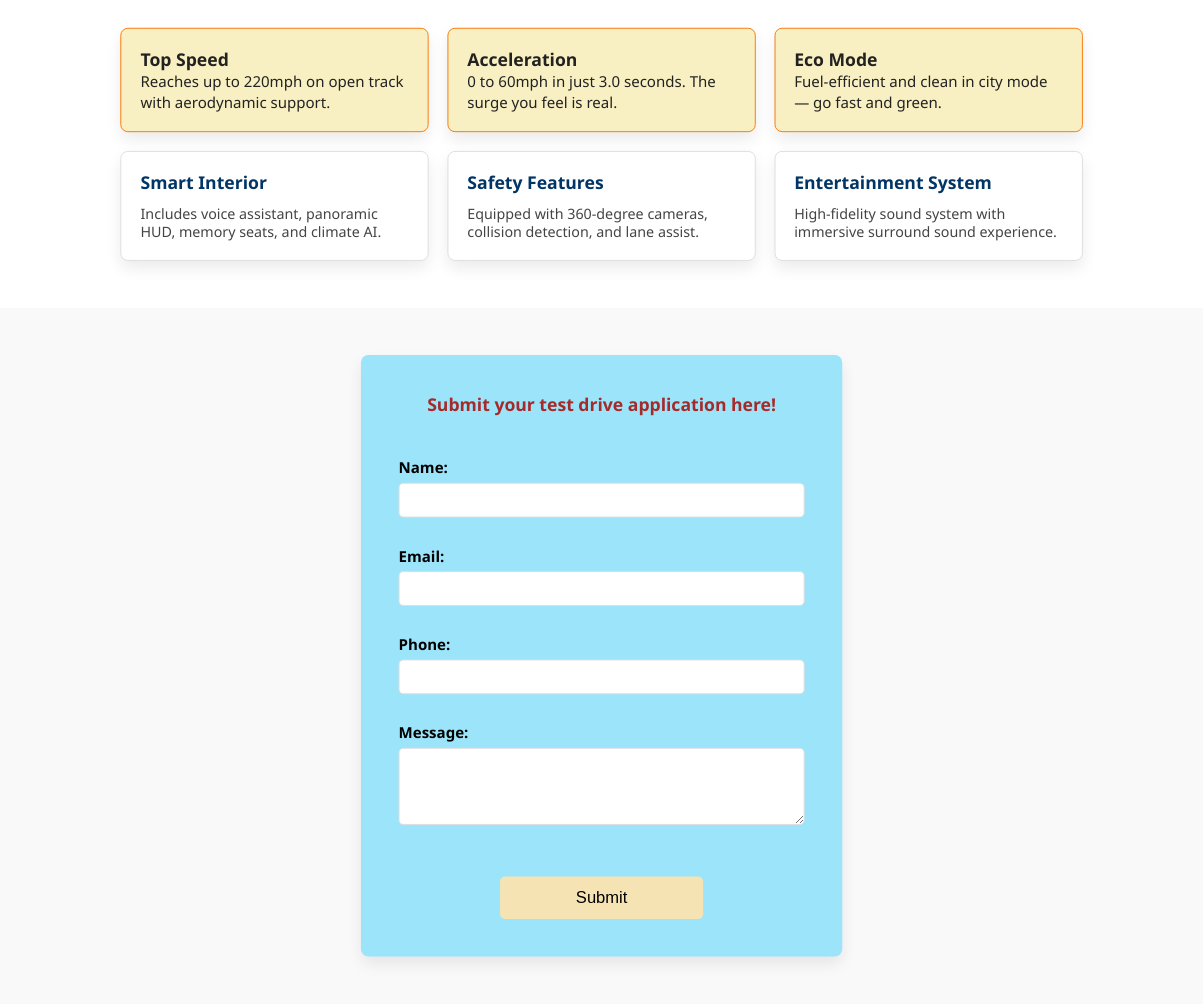
Repository: JiaheSu22/vrooom-responsive-main
Page: index.html
An editor plug-in stored every save of this project. The page is shown before and after a run of saves, followed by the edit.
The browser window is 1280 px wide. The pictures show the part of the page from y = 740 to 1808 px (the page is 1808 px tall), at 94% of full size.
A picture or video elsewhere on the page could not be fetched, so the positions and the page height are approximate.

Above is the page before, as saved 2025-04-11 15:16:26.

### index.html
<!DOCTYPE html>
<html lang="en">

<head>
  <meta charset="UTF-8">
  <title>Vrooom — Barracuda X10</title>
  <style>
    * {
      box-sizing: border-box;
      margin: 0;
      padding: 0;
    }

    body {
      font-family: 'Segoe UI', sans-serif;
      background-color: #f9f9f9;
      color: #222;
    }

    /* HERO SECTION */
    .hero {
      position: relative;
      height: 100vh;
      width: 100%;
      background-image: url('assets/mercedes-vision-avtr.webp');
      background-repeat: no-repeat;
      background-size: cover;
      background-position: center;
      overflow: hidden;
    }

    /* Optional dark overlay for unifying text+video contrast */
    .hero::before {
      content: "";
      position: absolute;
      inset: 0;
      background: linear-gradient(to right, rgba(0, 0, 0, 0.7), rgba(0, 0, 0, 0.1));
      z-index: 0;
    }

    /* Logo - slightly rotated, floating */
    .hero-logo {
      position: absolute;
      left: 2px;
      width: 30%;
      transform: rotate(-8deg);
      z-index: 0;
    }

    .hero-logo img {
      width: 100%;
    }

    /* Rotated text box */
    .hero-text {
      position: absolute;
      bottom: 3%;
      left: 5%;
      background: rgba(255, 255, 255, 0.1);
      padding: 30px;
      border-left: 6px solid #f6e3b4;
      border-radius: 10px;
      backdrop-filter: blur(1px);
      z-index: 0;

    }

    .hero-text h1 {
      font-size: 3em;
      color: #a0fcf7;
      margin-bottom: 10px;
    }

    .hero-text p {
      font-size: 1.2em;
      color: #fff;
    }

    /* Tilted video box */
    .hero-video {
      position: absolute;
      top: auto;
      bottom: 20px;
      right: 20px;
      box-shadow: 0 10px 20px rgba(0, 0, 0, 0.6);
      z-index: 0;
      border-radius: 5px;
      overflow: hidden;
      transition: transform 0.3s ease;
    }

    .hero-video:hover {
      transform: scale(1.3);
    }

    .hero-video video {
      width: 100%;
      display: block;
      border-radius: 2px;
    }

    /* CARD SECTION */
    .card-section {
      display: flex;
      flex-wrap: wrap;
      justify-content: center;
      gap: 20px;
      padding: 50px 10%;
      background-color: #ffffff;
    }

    .top-card {
      background: rgb(248, 240, 194);
      border: 1px solid #f97705;
      border-radius: 8px;
      box-shadow: 0 8px 16px rgba(0, 0, 0, 0.08);
      padding: 20px;
      width: 32%;
      transition: transform 0.3s ease;
    }

    .card {
      background: white;
      border: 1px solid #ddd;
      border-radius: 8px;
      box-shadow: 0 8px 16px rgba(0, 0, 0, 0.08);
      width: 32%;
      padding: 20px;
      transition: transform 0.3s ease;
    }

    .top-card:hover {
      transform: translateY(10px);
      box-shadow: 0 12px 24px rgba(101, 247, 205, 0.1);
    }

    .card:hover {
      transform: translateY(-5px);
      box-shadow: 0 12px 24px rgba(0, 0, 0, 0.1);
    }

    .card h3 {
      margin-bottom: 10px;
      color: #003566;
    }

    .card p {
      font-size: 0.95em;
      color: #444;
    }

    .form-section {
      display: flex;
      flex-direction: column;
      background: #f9f9f9;
      padding: 50px 10%;
      text-align: center;
    }

    .form-section form {
      display: flex;
      flex-direction: column;
      background: rgb(155, 228, 250);
      border-radius: 8px;
      box-shadow: 0 8px 16px rgba(0, 0, 0, 0.08);
      width: 50%;
      padding: 40px;
      margin: auto;
    }

    .form-section label {
      display: flex;
      font-weight: bold;
      margin-bottom: 5px;
      color: #000000;
    }

    .form-section input,
    textarea {
      width: 100%;
      padding: 10px;
      border: 1px solid #ddd;
      border-radius: 5px;
      margin-bottom: 15px;
    }

    .form-section .form {
      margin-bottom: 15px;
    }

    .form-section button {
      margin: auto;
      background: #f6e3b4;
      color: #000000;
      border: none;
      padding: 12px 25px;
      border-radius: 5px;
      cursor: pointer;
      font-size: 1.1em;
      width: 50%;
      margin-top: 20px;
      transition: background 0.3s ease;
    }

    .form-section button:hover {
      background: #f97705;
      color: #fff;
    }


    /* Responsive Adjustments */
    @media (max-width: 768px) {
      .hero-text {
        position: static;
        margin: 20px auto;
        background: rgba(0, 0, 0, 0.7);
        text-align: center;
      }

      .hero-video {
        position: static;
        width: 90%;
        margin: 20px auto;
      }

      .card-section {

        align-items: center;
        padding: 30px 5%;
      }
    }
  </style>
</head>

<body>

  <!-- HERO SECTION -->
  <section class="hero">

    <!-- Logo -->
    <div class="hero-logo">
      <img src="assets/logo-enh.png" alt="Vrooom Logo">
    </div>

    <!-- Text -->
    <div class="hero-text">
      <h1>Mercedes Vision AVTR</h1>
      <p>A marriage between art and science.</p>
    </div>

    <!-- Video -->
    <div class="hero-video">
      <video autoplay loop muted>
        <source src="assets/avtr-demo.mp4" type="video/mp4">
        Your browser does not support the video tag.
      </video>
    </div>

  </section>

  <!-- CARD SECTION -->
  <section class="card-section">
    <div class="top-card">
      <h3>Top Speed</h3>
      <p>Reaches up to 220mph on open track with aerodynamic support.</p>
    </div>
    <div class="top-card">
      <h3>Acceleration</h3>
      <p>0 to 60mph in just 3.0 seconds. The surge you feel is real.</p>
    </div>
    <div class="top-card">
      <h3>Eco Mode</h3>
      <p>Fuel-efficient and clean in city mode — go fast and green.</p>
    </div>
    <div class="card">
      <h3>Smart Interior</h3>
      <p>Includes voice assistant, panoramic HUD, memory seats, and climate AI.</p>
    </div>
    <div class="card">
      <h3>Safety Features</h3>
      <p>Equipped with 360-degree cameras, collision detection, and lane assist.</p>
    </div>
    <div class="card">
      <h3>Entertainment System</h3>
      <p>High-fidelity sound system with immersive surround sound experience.</p>
    </div>
  </section>

  <section class="form-section">
    <form action="">
      <h3 style="color: brown;">Submit your test drive application here!</h3> <br><br>
      <div class="form">
        <label for="name">Name:</label>
        <input type="text" id="name" name="name" required>
      </div>
      <div class="form">
        <label for="email">Email:</label>
        <input type="email" id="email" name="email" required>
      </div>
      <div class="form">
        <label for="phone">Phone:</label>
        <input type="tel" id="phone" name="phone" required>
      </div>
      <div class="form">
        <label for="message">Message:</label>
        <textarea id="message" name="message" rows="4" required></textarea>
      </div>
      <button type="submit">Submit</button>
    </form>
  </section>
</body>

</html>

After the next 2 saves:
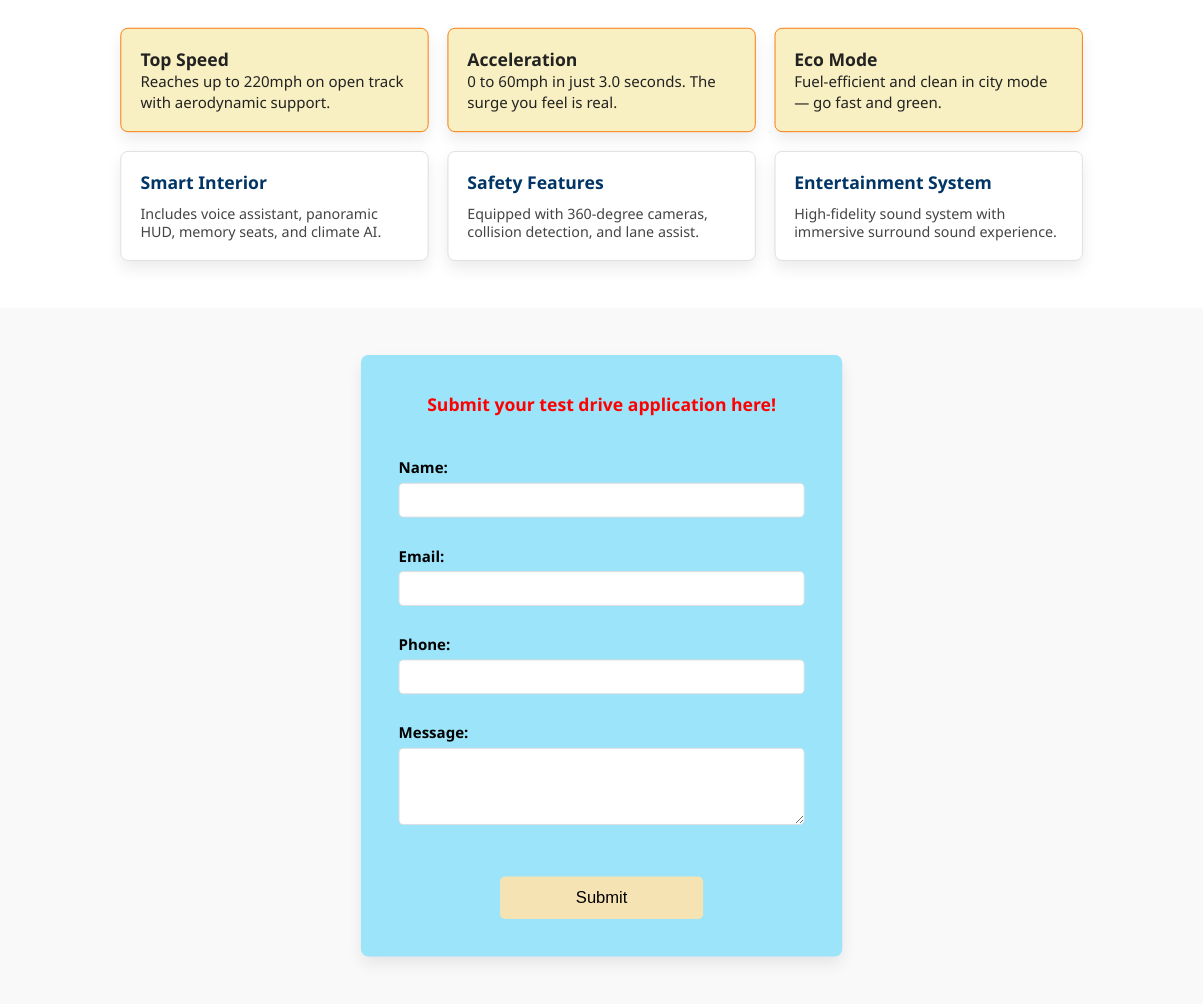
The 2 saves are shown as one change because they came seconds apart.
The last was saved 17 s later.
--- a/index.html
+++ b/index.html
@@ -288,7 +288,7 @@
 
   <section class="form-section">
     <form action="">
-      <h3 style="color: brown;">Submit your test drive application here!</h3> <br><br>
+      <h3 style="color: red;">Submit your test drive application here!</h3> <br><br>
       <div class="form">
         <label for="name">Name:</label>
         <input type="text" id="name" name="name" required>
